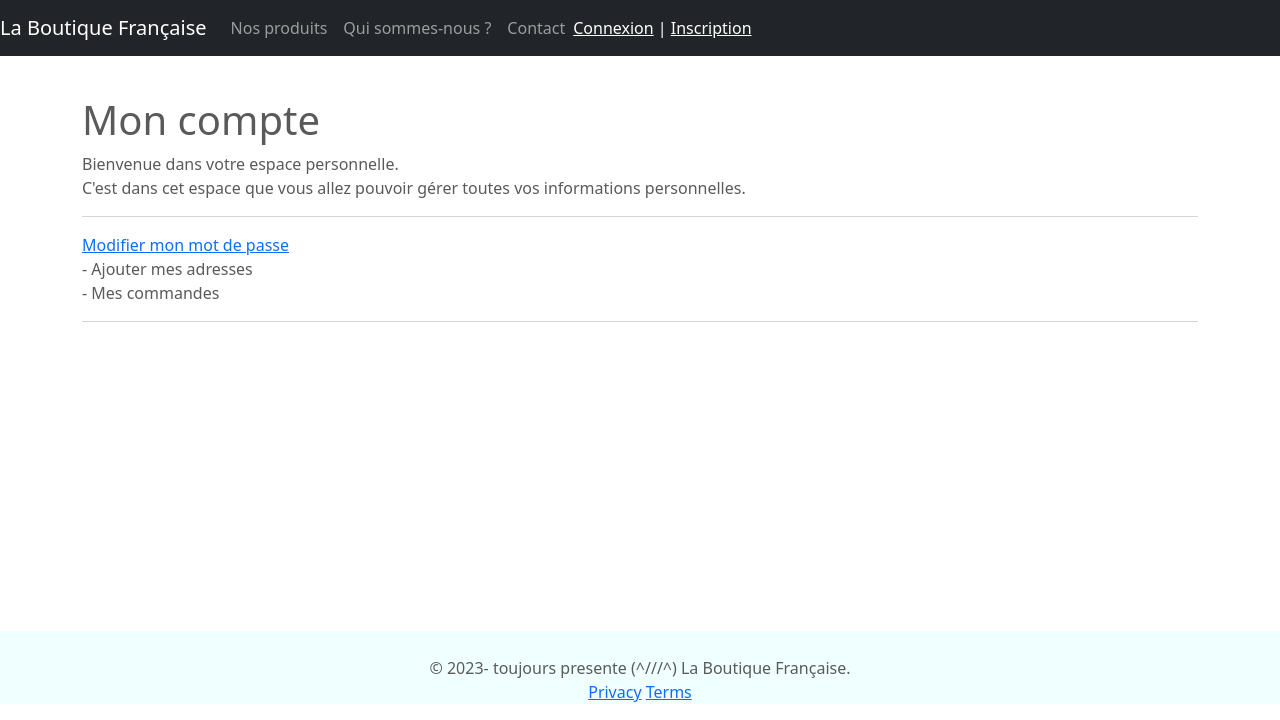
Repository: Coulibaly00180/laboutiquefrancaise
Page: templates/account/index.html.twig
An editor plug-in stored every save of this project. The page is shown before and after the next save, followed by the edit.
The browser window is 1280 px wide. The pictures show the whole page.
The page is a Twig template of a Symfony application; nobody is signed in and links lead nowhere. The template is opened directly, without the code that normally fills it, so the values that code supplies are empty.

Above is the page before, as saved 2023-03-04 14:17:12.

### templates/account/index.html.twig
{% extends 'base.html.twig' %}

{% block title %}Mon compte - La Boutique Française{% endblock %}

{% block content %}
    <h1>Mon compte</h1>
    Bienvenue {{ app.user.firstName}} dans votre espace personnelle. <br>
    C'est dans cet espace que vous allez pouvoir gérer toutes vos informations personnelles.<br>
    <hr>
    <a href="{{ path('app_account_password') }}">Modifier mon mot de passe</a> <br>
    -   Ajouter mes adresses<br>
    -   Mes commandes<br>
    <hr>
{% endblock %}

### templates/base.html.twig
<!doctype html>
<html lang="fr">
<head>
    <meta charset="utf-8">
    <meta name="viewport" content="width=device-width, initial-scale=1, shrink-to-fit=no">
    <meta name="description" content="">
    <meta name="author" content="Coulibaly Abdoulaye Christian">
    <meta name="generator" content="Jekyll v4.1.1">
    <title>{% block title %}La Boutique Française - 100% Made in French{% endblock %}</title>

    <!-- Bootstrap core CSS -->
    <link href="{{ asset('assets/css/bootstrap.min.css') }}" rel="stylesheet">
    <link href="{{ asset('assets/css/style.css') }}" rel="stylesheet">

    <style>
        .bd-placeholder-img {
            font-size: 1.125rem;
            text-anchor: middle;
            -webkit-user-select: none;
            -moz-user-select: none;
            -ms-user-select: none;
            user-select: none;
        }

        @media (min-width: 768px) {
            .bd-placeholder-img-lg {
                font-size: 3.5rem;
            }
        }
    </style>
    <!-- Custom styles for this template -->
    <link href="{{ asset('assets/css/carousel.css') }}" rel="stylesheet">
</head>
<body>
    <header>
        <nav class="navbar navbar-expand-md navbar-dark fixed-top bg-dark">
            <a class="navbar-brand" href="{{path('app_home') }}">La Boutique Française</a>
            <button class="navbar-toggler" type="button" data-toggle="collapse" data-target="#navbarCollapse" aria-controls="navbarCollapse" aria-expanded="false" aria-label="Toggle navigation">
                <span class="navbar-toggler-icon"></span>
            </button>
            <div class="collapse navbar-collapse" id="navbarCollapse">
                <ul class="navbar-nav mr-auto">
                    <li class="nav-item active">
                        <a class="nav-link" href="#">Nos produits</a>
                    </li>
                    <li class="nav-item">
                        <a class="nav-link" href="#">Qui sommes-nous ?</a>
                    </li>
                    <li class="nav-item">
                        <a class="nav-link" href="#">Contact</a>
                    </li>
                </ul>

                <div class="navbar-item-custom">
                    {% if app.user %}
                        <a href=" {{path('app_account') }}">Mon compte <small>( {{app.user.lastName}} )</small></a> | <a href=" {{ path('app_logout') }}">Déconnexion</a>
                    {% else %}
                        <a href=" {{ path('app_login') }}">Connexion</a> | <a href="{{ path('app_register') }}">Inscription</a>
                    {% endif %}
                </div>

            </div>
        </nav>
    </header>

    <main role="main">

        {% if block('carousel') is defined %}

        <div id="myCarousel" class="carousel slide" data-ride="carousel">
            <ol class="carousel-indicators">
                <li data-target="#myCarousel" data-slide-to="0" class="active"></li>
                <li data-target="#myCarousel" data-slide-to="1"></li>
                <li data-target="#myCarousel" data-slide-to="2"></li>
            </ol>
            <div class="carousel-inner">
                <div class="carousel-item active">
                    <svg class="bd-placeholder-img" width="100%" height="100%" xmlns="http://www.w3.org/2000/svg" preserveAspectRatio="xMidYMid slice" focusable="false" role="img"><rect width="100%" height="100%" fill="#777"/></svg>
                    <div class="container">
                        <div class="carousel-caption text-left">
                            <h1>Example headline.</h1>
                            <p>Cras justo odio, dapibus ac facilisis in, egestas eget quam. Donec id elit non mi porta gravida at eget metus. Nullam id dolor id nibh ultricies vehicula ut id elit.</p>
                            <p><a class="btn btn-lg btn-primary" href="#" role="button">Sign up today</a></p>
                        </div>
                    </div>
                </div>
                <div class="carousel-item">
                    <svg class="bd-placeholder-img" width="100%" height="100%" xmlns="http://www.w3.org/2000/svg" preserveAspectRatio="xMidYMid slice" focusable="false" role="img"><rect width="100%" height="100%" fill="#777"/></svg>
                    <div class="container">
                        <div class="carousel-caption">
                            <h1>Another example headline.</h1>
                            <p>Cras justo odio, dapibus ac facilisis in, egestas eget quam. Donec id elit non mi porta gravida at eget metus. Nullam id dolor id nibh ultricies vehicula ut id elit.</p>
                            <p><a class="btn btn-lg btn-primary" href="#" role="button">Learn more</a></p>
                        </div>
                    </div>
                </div>
                <div class="carousel-item">
                    <svg class="bd-placeholder-img" width="100%" height="100%" xmlns="http://www.w3.org/2000/svg" preserveAspectRatio="xMidYMid slice" focusable="false" role="img"><rect width="100%" height="100%" fill="#777"/></svg>
                    <div class="container">
                        <div class="carousel-caption text-right">
                            <h1>One more for good measure.</h1>
                            <p>Cras justo odio, dapibus ac facilisis in, egestas eget quam. Donec id elit non mi porta gravida at eget metus. Nullam id dolor id nibh ultricies vehicula ut id elit.</p>
                            <p><a class="btn btn-lg btn-primary" href="#" role="button">Browse gallery</a></p>
                        </div>
                    </div>
                </div>
            </div>
            <a class="carousel-control-prev" href="#myCarousel" role="button" data-slide="prev">
                <span class="carousel-control-prev-icon" aria-hidden="true"></span>
                <span class="sr-only">Previous</span>
            </a>
            <a class="carousel-control-next" href="#myCarousel" role="button" data-slide="next">
                <span class="carousel-control-next-icon" aria-hidden="true"></span>
                <span class="sr-only">Next</span>
            </a>
        </div>

        {% endif %}


        <!-- Marketing messaging and featurettes
        ================================================== -->
        <!-- Wrap the rest of the page in another container to center all the content. -->

        <div class="container marketing {% if block('carousel') is not defined %} mt-5 {% endif %}">

            {% block content %}

            {% endblock %}

        </div><!-- /.container -->

        <!-- FOOTER -->
        <footer class="footer-custom">
            <p>&copy; 2023- toujours presente (^///^) La Boutique Française. <br>
                <a href="#">Privacy</a> <a href="#">Terms</a>
            </p>
        </footer>
    </main>
    <script src="https://code.jquery.com/jquery-3.5.1.slim.min.js"></script>
    <script src="{{ asset('assets/js/bootstrap.bundle.js') }}"></script>
</body>
</html>

### public/assets/css/style.css
.navbar-item-custom, .navbar-item-custom a{
    color: #fff;
}

.footer-custom p{
    text-align: center;
    position: absolute;
    bottom: 0;
    width: 100%;
    background-color: azure;
    padding-top: 25px;
}

### public/assets/css/carousel.css
/* GLOBAL STYLES
-------------------------------------------------- */
/* Padding below the footer and lighter body text */

body {
    padding-top: 3rem;
    padding-bottom: 3rem;
    color: #5a5a5a;
}


/* CUSTOMIZE THE CAROUSEL
-------------------------------------------------- */

/* Carousel base class */
.carousel {
    margin-bottom: 4rem;
}
/* Since positioning the image, we need to help out the caption */
.carousel-caption {
    bottom: 3rem;
    z-index: 10;
}

/* Declare heights because of positioning of img element */
.carousel-item {
    height: 32rem;
}
.carousel-item > img {
    position: absolute;
    top: 0;
    left: 0;
    min-width: 100%;
    height: 32rem;
}


/* MARKETING CONTENT
-------------------------------------------------- */

/* Center align the text within the three columns below the carousel */
.marketing .col-lg-4 {
    margin-bottom: 1.5rem;
    text-align: center;
}
.marketing h2 {
    font-weight: 400;
}
.marketing .col-lg-4 p {
    margin-right: .75rem;
    margin-left: .75rem;
}


/* Featurettes
------------------------- */

.featurette-divider {
    margin: 5rem 0; /* Space out the Bootstrap <hr> more */
}

/* Thin out the marketing headings */
.featurette-heading {
    font-weight: 300;
    line-height: 1;
    letter-spacing: -.05rem;
}


/* RESPONSIVE CSS
-------------------------------------------------- */

@media (min-width: 40em) {
    /* Bump up size of carousel content */
    .carousel-caption p {
        margin-bottom: 1.25rem;
        font-size: 1.25rem;
        line-height: 1.4;
    }

    .featurette-heading {
        font-size: 50px;
    }
}

@media (min-width: 62em) {
    .featurette-heading {
        margin-top: 7rem;
    }
}

Loaded but not shown: public/assets/css/bootstrap.min.css (library); public/assets/js/bootstrap.bundle.js (library)

After the next save:
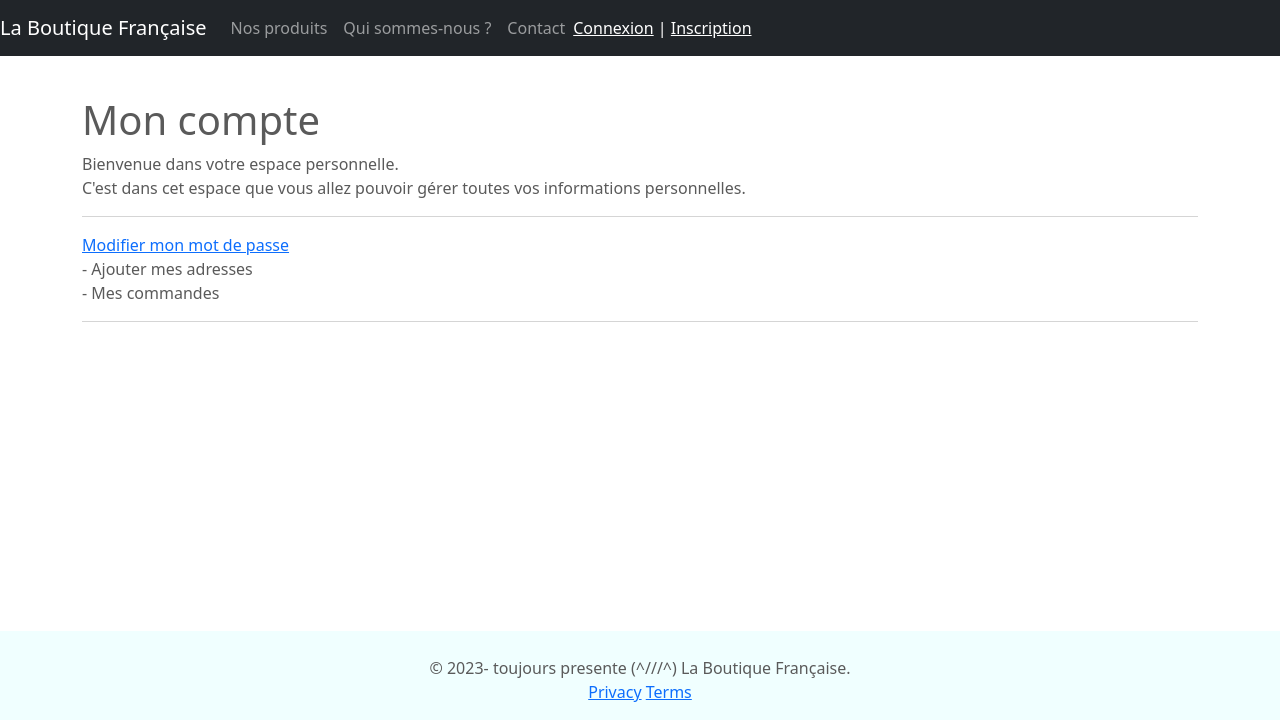
Saved 79 s later.
--- a/public/assets/css/style.css
+++ b/public/assets/css/style.css
@@ -2,7 +2,7 @@
     color: #fff;
 }
 
-.footer-custom p{
+.footer-custom, .footer-custom p{
     text-align: center;
     position: absolute;
     bottom: 0;
